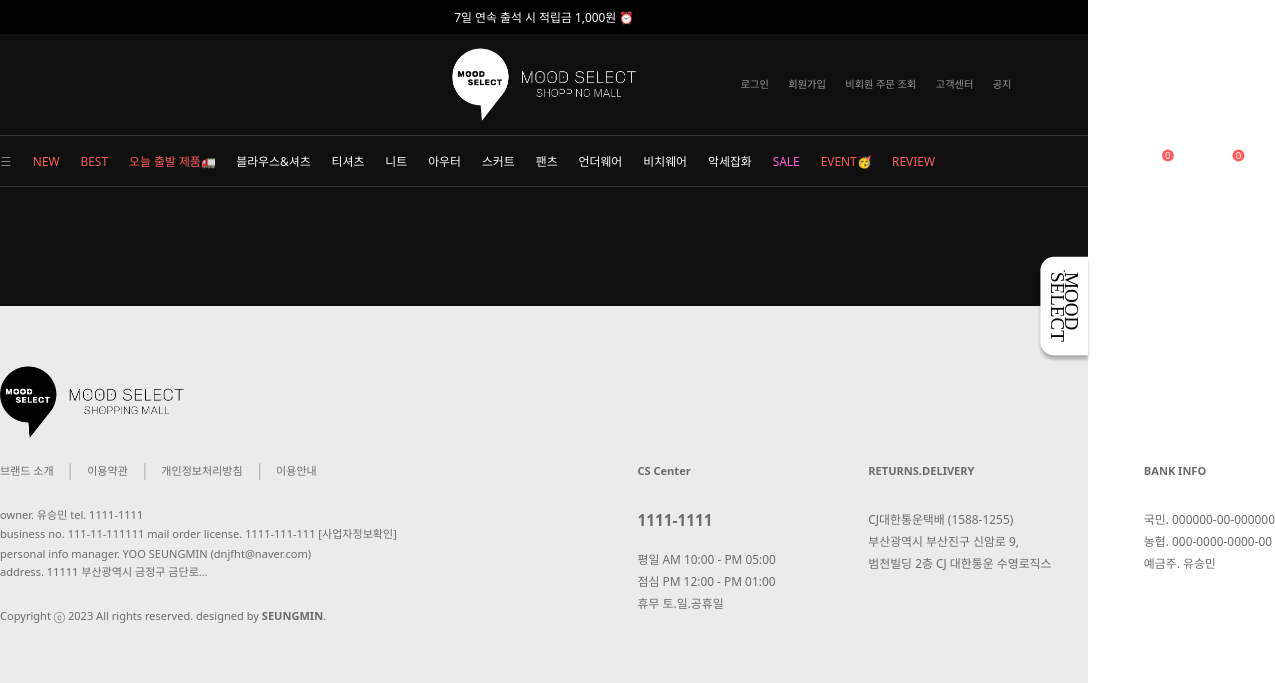
Repository: andrew-tg-song/mood-select
Page: /new (app in packages/frontend/)
An editor plug-in stored every save of this project. The page is shown before and after the next save, followed by the edit.
The browser window is 1280 px wide. The page is 1500 px wide, so the pictures cover 1500 px, including what lies to the right of the window. The pictures show the whole page, at 85% of full size.
Some web fonts or font styles are not loaded; a fallback is used. The project was rebuilt for these pictures with package versions that can differ from the ones it lists, and the page was loaded fresh each time. Also part of the build but not shown: packages/frontend/vite.config.ts, packages/frontend/src/components/slider/NextArrow.tsx, packages/frontend/src/components/slider/PrevArrow.tsx, packages/frontend/src/components/slider/CardSlider.tsx, packages/frontend/src/components/main/CategoryBanner.tsx, packages/frontend/src/components/main/MainSlider.tsx, packages/frontend/src/components/main/EventBanner.tsx, packages/frontend/src/components/main/EventBanner2.tsx and 17 more. Imported but missing from the stored project, and not drawn on this page: packages/frontend/src/components/product/Product.

Above is the page before, as saved 2023-06-04 05:59:38.

After the next save:
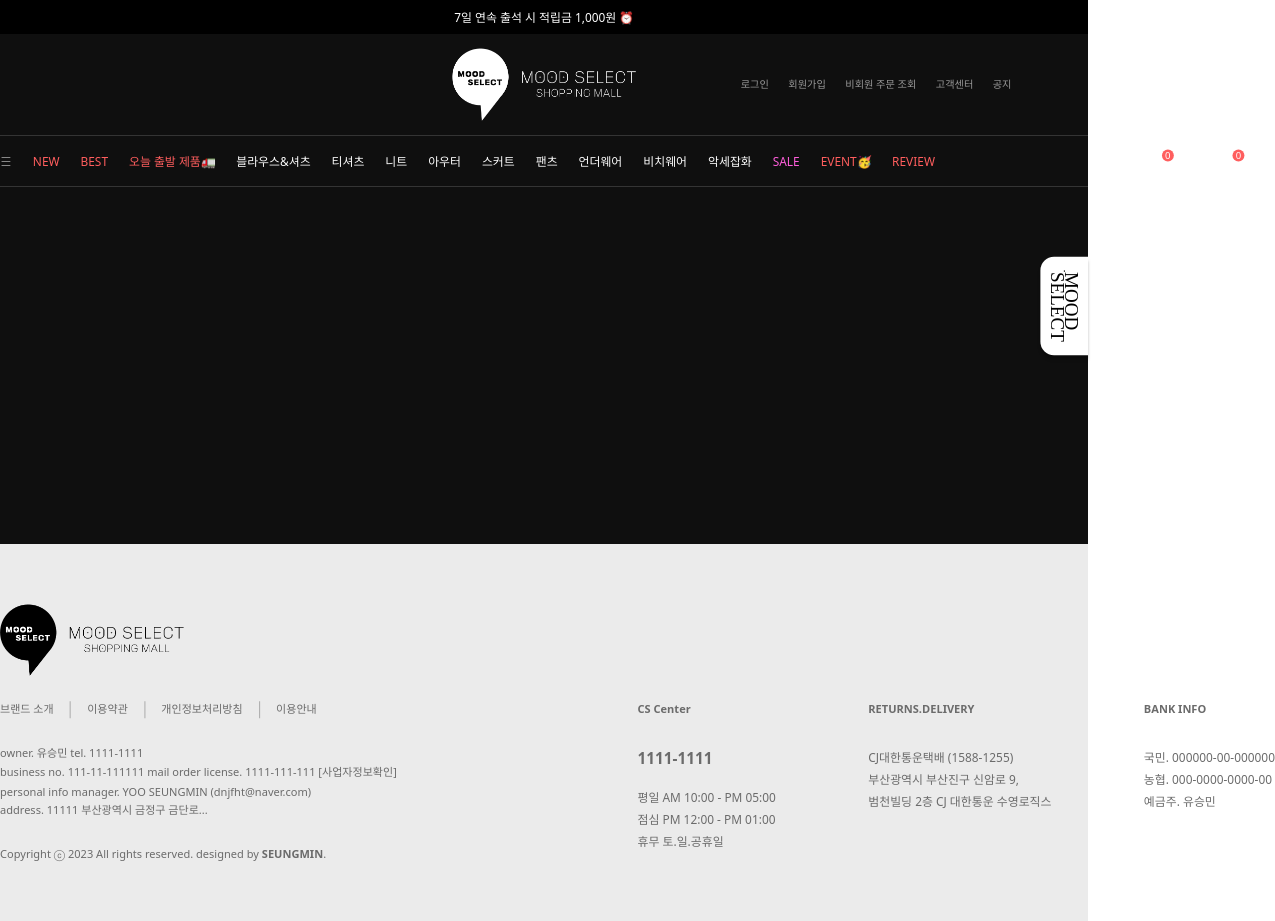
Saved 20 s later.
--- a/packages/frontend/src/pages/NewProductsList.tsx
+++ b/packages/frontend/src/pages/NewProductsList.tsx
@@ -15,6 +15,8 @@ export default function NewProductsList() {
   } = useQuery(['products', name], async () => search(name), { staleTime: 1000 * 60 * 5 });
   console.log(products);
   return (
-    <div className={`${darkMode === 'light' ? 'bg-white text-black' : 'bg-[#0f0f0f] text-white'} pb-[140px]`}></div>
+    <div className={`${darkMode === 'light' ? 'bg-white text-black' : 'bg-[#0f0f0f] text-white'} pb-[140px]`}>
+      <div className="w-[81.25rem] py-[140px] mx-auto"></div>
+    </div>
   );
 }
